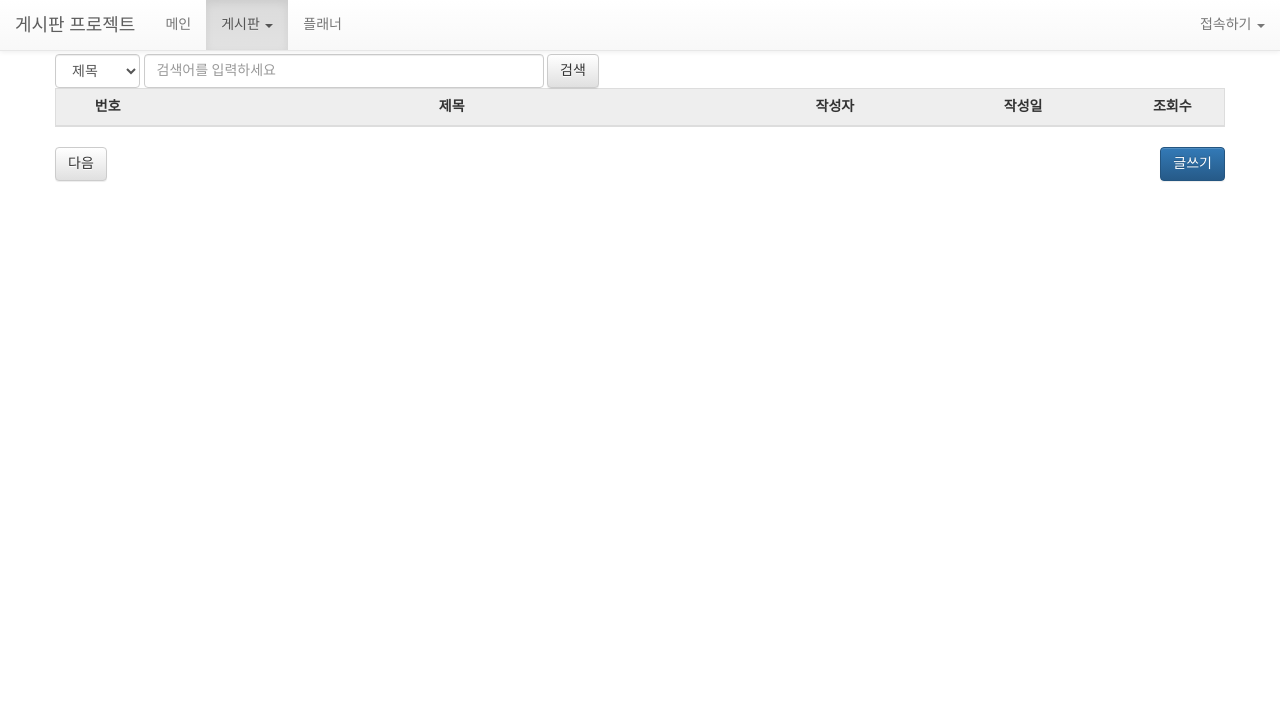
Repository: Seok7975/Project_PlannerSharingBoard
Page: http://localhost/ToDoList공유_게시판_ver3/bbs.jsp
These files come from the project's save history. The page is drawn as it stood at one moment and after the next save; the edit follows.
The browser window is 1280 px wide. The pictures show the whole page.
Some web fonts or font styles are not loaded; a fallback is used. Some web libraries are served in a nearby version. The page is served by Tomcat 9. Other server files are loaded and not shown. Queries for data that is not in the repository find no rows.

Above is the page before, as saved 2024-07-04 16:56:37.

### List_Projects_ver3/ToDoList공유 게시판_ver3/src/main/webapp/bbs.jsp
<!--  게시판 -->

<%-- <%@ page language="java" contentType="text/html; charset=UTF-8"
    pageEncoding="UTF-8"%>
<%@ page import="java.io.PrintWriter" %>
<%@ page import="bbs.BbsDAO" %>
<%@ page import="bbs.Bbs" %>
<%@ page import="java.util.ArrayList" %>
<!DOCTYPE html>
<html>
<head>
<meta http-equiv="Content-Type" content="text/html; charset=UTF-8">
<meta name="viewport" content="width=device-width, initial-scale=1">
<!-- Latest compiled and minified CSS -->
<link rel="stylesheet" href="https://cdn.jsdelivr.net/npm/bootstrap@3.3.7/dist/css/bootstrap.min.css" integrity="sha384-BVYiiSIFeK1dGmJRAkycuHAHRg32OmUcww7on3RYdg4Va+PmSTsz/K68vbdEjh4u" crossorigin="anonymous">
<!-- Optional theme -->
<link rel="stylesheet" href="https://cdn.jsdelivr.net/npm/bootstrap@3.3.7/dist/css/bootstrap-theme.min.css" integrity="sha384-rHyoN1iRsVXV4nD0JutlnGaslCJuC7uwjduW9SVrLvRYooPp2bWYgmgJQIXwl/Sp" crossorigin="anonymous">
<!-- jQuery (necessary for Bootstrap's JavaScript plugins) -->
<script src="https://code.jquery.com/jquery-3.1.1.min.js"></script>
<!-- Latest compiled and minified JavaScript -->
<script src="https://cdn.jsdelivr.net/npm/bootstrap@3.3.7/dist/js/bootstrap.min.js" integrity="sha384-Tc5IQib027qvyjSMfHjOMaLkfuWVxZxUPnCJA7l2mCWNIpG9mGCD8wGNIcPD7Txa" crossorigin="anonymous"></script>
<link rel="stylesheet" href="css/jumbotronCustom.css">
<title>JSP 게시판 웹 사이트</title>
<style type="text/css">
	a, a:hover {
		color : #000000;
		text-decoration: none;
	}
</style>
</head>
<body>
<%
	String userID = null;
	if (session.getAttribute("userID") != null) {
		userID = (String) session.getAttribute("userID");
	}
	int pageNumber = 1;
	if (request.getParameter("pageNumber") != null) {
		pageNumber = Integer.parseInt(request.getParameter("pageNumber"));
	}
%>
	<nav class="navbar navbar-default">
		<div class="container-fluid">
			<div class="navbar-header">
				<button type="button" class="navbar-toggle collapsed" data-toggle="collapse" data-target="#bs-example-navbar-collapse-1" aria-expanded="false">
					<span class="sr-only">Toggle navigation</span>
					<span class="icon-bar"></span>
					<span class="icon-bar"></span>
					<span class="icon-bar"></span>
				</button>
				<a class="navbar-brand" href="main.jsp">게시판 프로젝트</a>
			</div>
			<div class="collapse navbar-collapse" id="bs-example-navbar-collapse-1">
				<ul class="nav navbar-nav">
					<li><a href="main.jsp">메인</a></li>
					<li class="active"><a href="bbs.jsp">게시판</a></li>
					<li><a href="planner/planner.jsp">플래너</a></li>
				</ul>
				<%
					if(userID == null) {
				%>
					<ul class="nav navbar-nav navbar-right">
						<li class="dropdown">
							<a href="#" class="dropdown-toggle" data-toggle="dropdown" role="button" aria-haspopup="true" aria-expanded="false">접속하기 <span class="caret"></span></a>
							<ul class="dropdown-menu">
								<li><a href="joinAndLogin/login.jsp">로그인</a></li>
								<li><a href="joinAndLogin/join.jsp">회원가입</a></li>
							</ul>
						</li>
					</ul>
				<%
					} else {
				%>
						<ul class="nav navbar-nav navbar-right">
						<li class="dropdown">
							<a href="#" class="dropdown-toggle" data-toggle="dropdown" role="button" aria-haspopup="true" aria-expanded="false">회원관리<span class="caret"></span></a>
							<ul class="dropdown-menu">
								<li><a href="logoutAction.jsp">로그아웃</a></li>
							</ul>
						</li>
					</ul>
				<%
					}
				%>
			</div>
		</div>
	</nav>

	<div class="container">
		<div class="row">
			<table class="table table-striped" style="text-align: center; border: 1px solid #dddddd">
				<thead>
					<tr>
						<th style="background-color: #eeeeee; text-align: center;">번호</th>
						<th style="background-color: #eeeeee; text-align: center;">제목</th>
						<th style="background-color: #eeeeee; text-align: center;">작성자</th>
						<th style="background-color: #eeeeee; text-align: center;">작성일</th>
						<th style="background-color: #eeeeee; text-align: center;">조회수</th>
					</tr>
				</thead>
				<tbody> <!-- 예시 -->
					<tr>
					<%
						BbsDAO bbsDAO = new BbsDAO();
						ArrayList<Bbs> list = bbsDAO.getList(pageNumber);
						for(int i = 0; i < list.size(); i++) {
					%>
						<td><%= list.get(i).getBbsID() %></td>
						<td><a href="view.jsp?bbsID=<%= list.get(i).getBbsID() %>"><%= list.get(i).getBbsTitle() %></a></td>
						<td><%= list.get(i).getUserID() %></td>
						<td><%= list.get(i).getBbsDate().substring(0, 11) + list.get(i).getBbsDate().substring(11,13) + "시" + list.get(i).getBbsDate().substring(14, 16) + "분" %></td>
						<td><%= list.get(i).getViewCount() %></td>
					<tr>
					<%
						}
					%>
				</tbody>
			</table>
			<%
				if(pageNumber != 1) {
			%>
				<a href="bbs.jsp?pageNumber=<%=pageNumber - 1%>" class="btn btn-success btn-arraw-left">이전</a>
			<%
				}
				if(bbsDAO.nextPage(pageNumber + 1)) {
			%>
					<a href="bbs.jsp?pageNumber=<%=pageNumber + 1%>" class="btn btn-success btn-arraw-right">다음</a>
			<%
				}
			%>
			<a href="write.jsp" class="btn btn-primary pull-right">글쓰기</a>
		</div>
	</div>
</body>
</html> --%>



<!--  게시판 -->

<!--  게시판 -->

<%@ page language="java" contentType="text/html; charset=UTF-8"
    pageEncoding="UTF-8"%>
<%@ page import="java.io.PrintWriter" %>
<%@ page import="bbs.BbsDAO" %>
<%@ page import="bbs.Bbs" %>
<%@ page import="java.util.ArrayList" %>
<!DOCTYPE html>
<html>
<head>
<meta http-equiv="Content-Type" content="text/html; charset=UTF-8">
<meta name="viewport" content="width=device-width, initial-scale=1">
<!-- Latest compiled and minified CSS -->
<link rel="stylesheet" href="https://cdn.jsdelivr.net/npm/bootstrap@3.3.7/dist/css/bootstrap.min.css" integrity="sha384-BVYiiSIFeK1dGmJRAkycuHAHRg32OmUcww7on3RYdg4Va+PmSTsz/K68vbdEjh4u" crossorigin="anonymous">
<!-- Optional theme -->
<link rel="stylesheet" href="https://cdn.jsdelivr.net/npm/bootstrap@3.3.7/dist/css/bootstrap-theme.min.css" integrity="sha384-rHyoN1iRsVXV4nD0JutlnGaslCJuC7uwjduW9SVrLvRYooPp2bWYgmgJQIXwl/Sp" crossorigin="anonymous">
<link rel="stylesheet" href="css/bbsStyle.css"> <!-- 외부 CSS 파일 참조 -->
<!-- jQuery (necessary for Bootstrap's JavaScript plugins) -->
<script src="https://code.jquery.com/jquery-3.1.1.min.js"></script>
<!-- Latest compiled and minified JavaScript -->
<script src="https://cdn.jsdelivr.net/npm/bootstrap@3.3.7/dist/js/bootstrap.min.js" integrity="sha384-Tc5IQib027qvyjSMfHjOMaLkfuWVxZxUPnCJA7l2mCWNIpG9mGCD8wGNIcPD7Txa" crossorigin="anonymous"></script>
<link rel="stylesheet" href="css/jumbotronCustom.css">
<title>JSP 게시판 웹 사이트</title>
<script>
	document.addEventListener('DOMContentLoaded', function() {
	    let sidebarHidden = false;

	    function adjustSidebar() {
	        var windowWidth = window.innerWidth;
	        var container = document.querySelector('.container');
	        var containerWidth = container ? container.offsetWidth : 0;
	        var sidebar = document.querySelector('.sidebar');
	        var mainContent = document.querySelector('.main-content');

	        // 메인 콘텐츠와 사이드바가 겹칠 때 사이드바를 숨김
	        if (windowWidth <= containerWidth + 200 && !sidebarHidden) {
	            sidebar.classList.add('hidden');
	            mainContent.classList.add('expanded');
	            sidebarHidden = true;
	        } else if (windowWidth > containerWidth + 200 && sidebarHidden) {
	            sidebar.classList.remove('hidden');
	            mainContent.classList.remove('expanded');
	            sidebarHidden = false;
	        }
	    }

	    adjustSidebar();

	    window.addEventListener('resize', function() {
	        adjustSidebar();
	    });
	});
</script>

</head>
<body>
<%
    String userID = null;
    if (session.getAttribute("userID") != null) {
        userID = (String) session.getAttribute("userID");
    }
    int pageNumber = 1;
    if (request.getParameter("pageNumber") != null) {
        pageNumber = Integer.parseInt(request.getParameter("pageNumber"));
    }
    String searchType = request.getParameter("searchType");
    String searchKeyword = request.getParameter("searchKeyword");
    String bbsCategory = request.getParameter("bbsCategory");

    // bbsCategory가 없으면 all로 설정
    if (bbsCategory == null || bbsCategory.equals("")) {
        bbsCategory = "all";
    }

    String categoryDisplayName = "";
    switch(bbsCategory) {
        case "all":
            categoryDisplayName = "전체글보기";
            break;
        case "free":
            categoryDisplayName = "자유게시판";
            break;
        case "study":
            categoryDisplayName = "공부게시판";
            break;
        case "exercise":
            categoryDisplayName = "운동게시판";
            break;
        default:
            categoryDisplayName = "기타";
            break;
    }
%>
    <div class="sidebar">
        <a href="main.jsp" style="text-align: center;" >메인</a>
        <div class="dropdown">
            <a href="bbs.jsp?bbsCategory=all" style="text-align: center;" >게시판 <span class="caret"></span></a>
            <ul class="dropdown-menu">
                <li><a href="bbs.jsp?bbsCategory=all" style="text-align: center;">전체글보기</a></li>
                <li><a href="bbs.jsp?bbsCategory=free" style="text-align: center;">자유게시판</a></li>
                <li><a href="bbs.jsp?bbsCategory=study" style="text-align: center;">공부게시판</a></li>
                <li><a href="bbs.jsp?bbsCategory=exercise" style="text-align: center;">운동게시판</a></li>
            </ul>
        </div>
        <a href="planner/planner.jsp" style="text-align: center;">플래너</a>
    </div>
    <div class="main-content">
        <nav class="navbar navbar-default navbar-fixed-top">
            <div class="container-fluid">
                <div class="navbar-header">
                    <button type="button" class="navbar-toggle collapsed" data-toggle="collapse" data-target="#bs-example-navbar-collapse-1" aria-expanded="false">
                        <span class="sr-only">Toggle navigation</span>
                        <span class="icon-bar"></span>
                        <span class="icon-bar"></span>
                        <span class="icon-bar"></span>
                    </button>
                    <a class="navbar-brand" href="main.jsp">게시판 프로젝트</a>
                </div>
                <div class="collapse navbar-collapse" id="bs-example-navbar-collapse-1">
                    <ul class="nav navbar-nav">
                        <li><a href="main.jsp">메인</a></li>
                        <li class="dropdown active">
                            <a href="bbs.jsp?bbsCategory=all" role="button" aria-haspopup="true" aria-expanded="false">게시판 <span class="caret"></span></a>
                            <ul class="dropdown-menu">
                                <li><a href="bbs.jsp?bbsCategory=all">전체글보기</a></li>
                                <li><a href="bbs.jsp?bbsCategory=free">자유게시판</a></li>
                                <li><a href="bbs.jsp?bbsCategory=study">공부게시판</a></li>
                                <li><a href="bbs.jsp?bbsCategory=exercise">운동게시판</a></li>
                            </ul>
                        </li>
                        <li><a href="planner/planner.jsp">플래너</a></li>
                    </ul>
                    <% if(userID == null) { %>
                        <ul class="nav navbar-nav navbar-right">
                            <li class="dropdown">
                                <a href="#" class="dropdown-toggle" data-toggle="dropdown" role="button" aria-haspopup="true" aria-expanded="false">접속하기 <span class="caret"></span></a>
                                <ul class="dropdown-menu">
                                    <li><a href="id/login.jsp">로그인</a></li>
                                    <li><a href="id/join.jsp">회원가입</a></li>
                                </ul>
                            </li>
                        </ul>
                    <% } else { %>
                        <ul class="nav navbar-nav navbar-right">
                            <li class="dropdown">
                                <a href="#" class="dropdown-toggle" data-toggle="dropdown" role="button" aria-haspopup="true" aria-expanded="false">회원관리 <span class="caret"></span></a>
                                <ul class="dropdown-menu">
                                    <li><a href="id/profile.jsp">My Profile</a></li>
                                    <li><a href="id/logoutAction.jsp">로그아웃</a></li>
                                </ul>
                            </li>
                        </ul>
                    <% } %>
                </div>
            </div>
        </nav>

        <div class="container">
            <div class="row">
                <div class="category-title">
                    <%= categoryDisplayName %>
                </div>
                <form class="form-inline" method="get" action="bbs.jsp">
                    <div class="form-group">
                        <select class="form-control" name="searchType">
                            <option value="title" <%= "title".equals(searchType) ? "selected" : "" %>>제목</option>
                            <option value="content" <%= "content".equals(searchType) ? "selected" : "" %>>내용</option>
                            <option value="writer" <%= "writer".equals(searchType) ? "selected" : "" %>>작성자</option>
                        </select>
                    </div>
                    <div class="form-group">
                        <input type="text" class="form-control" name="searchKeyword" placeholder="검색어를 입력하세요" value="<%= (searchKeyword != null && !searchKeyword.equals("")) ? searchKeyword : "" %>" style="width: 400px;">
                    </div>
                    <input type="hidden" name="bbsCategory" value="<%= bbsCategory %>">
                    <button type="submit" class="btn btn-default">검색</button>
                </form>
                <table class="table table-striped" style="text-align: center; border: 1px solid #dddddd">
                    <thead>
                        <tr>
                            <th class="number-col" style="background-color: #eeeeee; text-align: center;">번호</th>
                            <th class="title-col" style="background-color: #eeeeee; text-align: center;">제목</th>
                            <th class="writer-col" style="background-color: #eeeeee; text-align: center;">작성자</th>
                            <th class="date-col"style="background-color: #eeeeee; text-align: center;">작성일</th>
                            <th class="viewCount-col"style="background-color: #eeeeee; text-align: center;">조회수</th>
                        </tr>
                    </thead>
                    <tbody>
                        <% BbsDAO bbsDAO = new BbsDAO();
                           ArrayList<Bbs> list;
                           int totalPage;
                           if (searchKeyword != null && !searchKeyword.equals("")) { // 검색어가 있을 때
                               list = bbsDAO.searchList(pageNumber, searchType, searchKeyword, bbsCategory);
                               totalPage = (bbsDAO.getSearchPostCount(searchType, searchKeyword, bbsCategory) + 9) / 10; // 검색 결과의 총 페이지 수 계산
                           } else { // 검색어가 없을 때
                               if ("all".equals(bbsCategory)) { // 전체게시판 선택 시
                                   list = bbsDAO.getAllList(pageNumber);
                                   totalPage = bbsDAO.getTotalPageCount(); // 전체 게시물의 총 페이지 수 계산
                               } else {
                                   list = bbsDAO.getListByCategory(bbsCategory, pageNumber);
                                   totalPage = bbsDAO.getTotalPageCountByCategory(bbsCategory); // 카테고리별 게시물의 총 페이지 수 계산
                               }
                           }
                           for(int i = 0; i < list.size(); i++) {
                        %>
                            <tr>
                                <td><%= list.get(i).getBbsID() %></td>
                                <td><a href="view.jsp?bbsID=<%= list.get(i).getBbsID() %>&bbsCategory=<%= bbsCategory %>"><%= list.get(i).getBbsTitle() %></a></td>
                                <td><%= list.get(i).getUserID() %></td>
                                <td><%= list.get(i).getBbsDate().substring(0, 11) + list.get(i).getBbsDate().substring(11,13) + "시" + list.get(i).getBbsDate().substring(14, 16) + "분" %></td>
                                <td><%= list.get(i).getViewCount() %></td>
                            </tr>
                        <% } %>
                    </tbody>
                </table>
                <div style="text-align: center;">
                    <%
                        int pageBlock = 5;
                        int startPage = ((pageNumber - 1) / pageBlock) * pageBlock + 1;
                        int endPage = startPage + pageBlock - 1;

                        if(pageNumber != 1) {
                    %>
                        <a href="bbs.jsp?pageNumber=<%= pageNumber - 1 %>&searchType=<%= searchType %>&searchKeyword=<%= (searchKeyword != null && !searchKeyword.equals("")) ? searchKeyword : "" %>&bbsCategory=<%= bbsCategory %>" class="btn btn-default pull-left">이전</a>
                    <% }
                        for (int i = startPage; i <= endPage && i <= totalPage; i++) {
                    %>
                        <a href="bbs.jsp?pageNumber=<%= i %>&searchType=<%= searchType %>&searchKeyword=<%= (searchKeyword != null && !searchKeyword.equals("")) ? searchKeyword : "" %>&bbsCategory=<%= bbsCategory %>" class="btn <%= (i == pageNumber) ? "btn-primary pull-left" : "btn-default pull-left" %>"><%= i %></a>
                    <% }
                        if(pageNumber != totalPage) {
                    %>
                        <a href="bbs.jsp?pageNumber=<%= pageNumber + 1 %>&searchType=<%= searchType %>&searchKeyword=<%= (searchKeyword != null && !searchKeyword.equals("")) ? searchKeyword : "" %>&bbsCategory=<%= bbsCategory %>" class="btn btn-default pull-left">다음</a>
                    <% } %>
                    <a href="write.jsp?bbsCategory=<%= bbsCategory %>" class="btn btn-primary pull-right">글쓰기</a>
                </div>
            </div>
        </div>
    </div>
</body>
</html>

### List_Projects_ver3/ToDoList공유 게시판_ver3/src/main/webapp/css/jumbotronCustom.css

@import url(http://fonts.googleapis.com/earlyaccess/nanumgothic.css);
@import url(http://fonts.googleapis.com/earlyaccess/hanna.css);
* {
	font-family : 'Nanum Gothic';
}

h1 {
	font-family : 'Hanna';
}

Loaded but not shown: List_Projects_ver3/ToDoList공유 게시판_ver3/src/main/java/bbs/BbsDAO.java (360 lines, source omitted); List_Projects_ver3/ToDoList공유 게시판_ver3/src/main/webapp/css/bbsStyle.css (134 lines, source omitted)

After the next save:
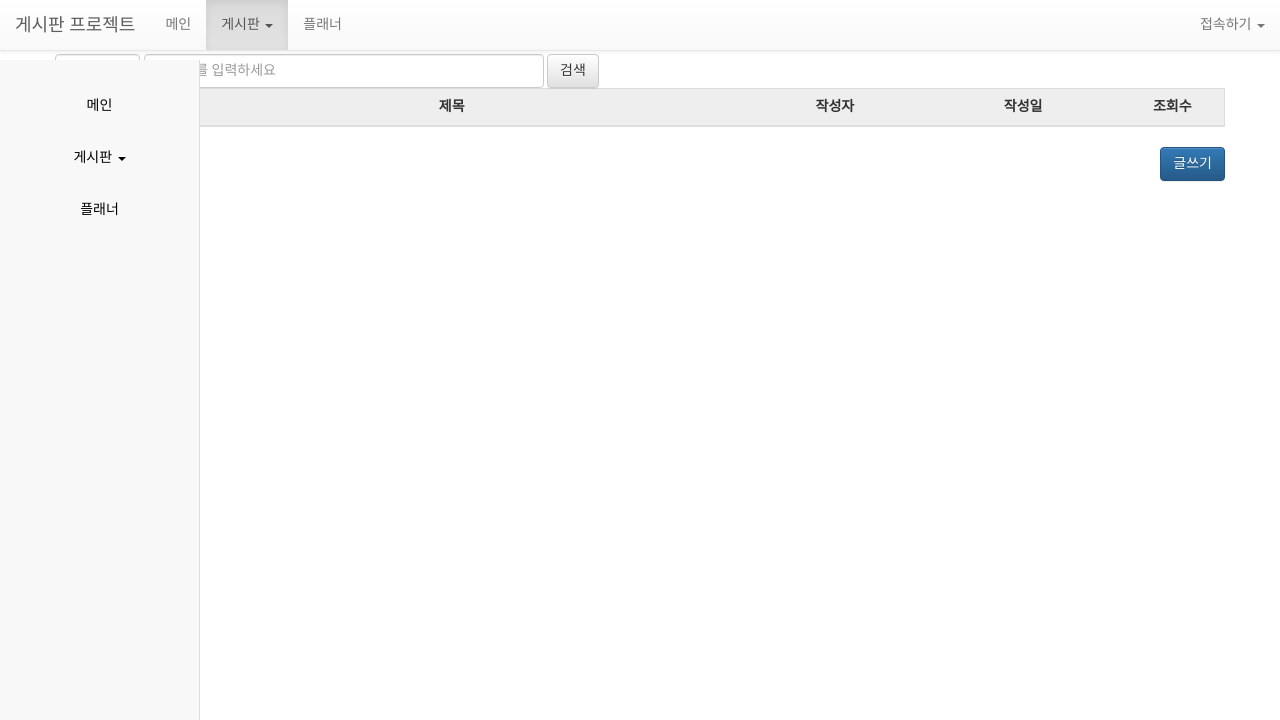
Saved 7 h 56 min later.
--- a/List_Projects_ver3/ToDoList공유 게시판_ver3/src/main/webapp/bbs.jsp
+++ b/List_Projects_ver3/ToDoList공유 게시판_ver3/src/main/webapp/bbs.jsp
@@ -168,7 +168,7 @@
 
 	    function adjustSidebar() {
 	        var windowWidth = window.innerWidth;
-	        var container = document.querySelector('.container');
+	        var container = document.querySelector('.table table-striped');
 	        var containerWidth = container ? container.offsetWidth : 0;
 	        var sidebar = document.querySelector('.sidebar');
 	        var mainContent = document.querySelector('.main-content');

After the save that followed:
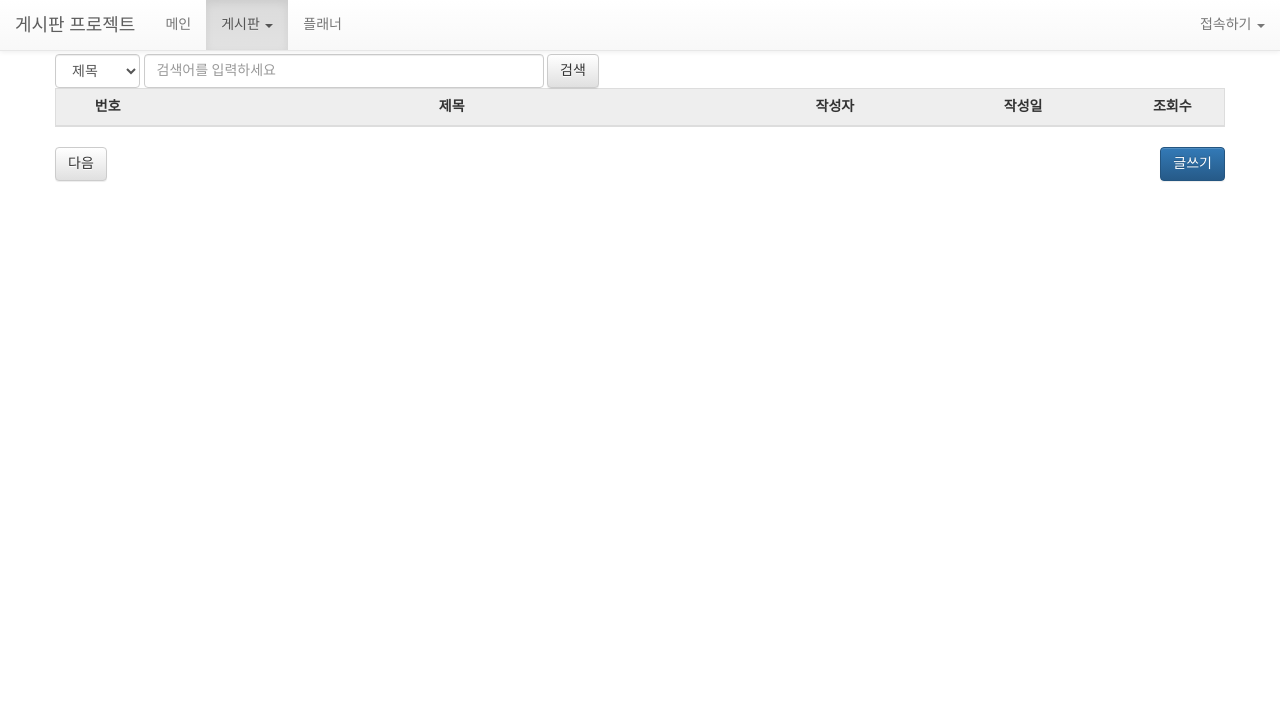
Console error: TypeError: Cannot read properties of null (reading 'classList')
Saved 23 s later.
--- a/List_Projects_ver3/ToDoList공유 게시판_ver3/src/main/webapp/bbs.jsp
+++ b/List_Projects_ver3/ToDoList공유 게시판_ver3/src/main/webapp/bbs.jsp
@@ -168,10 +168,10 @@
 
 	    function adjustSidebar() {
 	        var windowWidth = window.innerWidth;
-	        var container = document.querySelector('.table table-striped');
+	        var container = document.querySelector('.container');
 	        var containerWidth = container ? container.offsetWidth : 0;
 	        var sidebar = document.querySelector('.sidebar');
-	        var mainContent = document.querySelector('.main-content');
+	        var mainContent = document.querySelector('.table table-striped');
 
 	        // 메인 콘텐츠와 사이드바가 겹칠 때 사이드바를 숨김
 	        if (windowWidth <= containerWidth + 200 && !sidebarHidden) {
